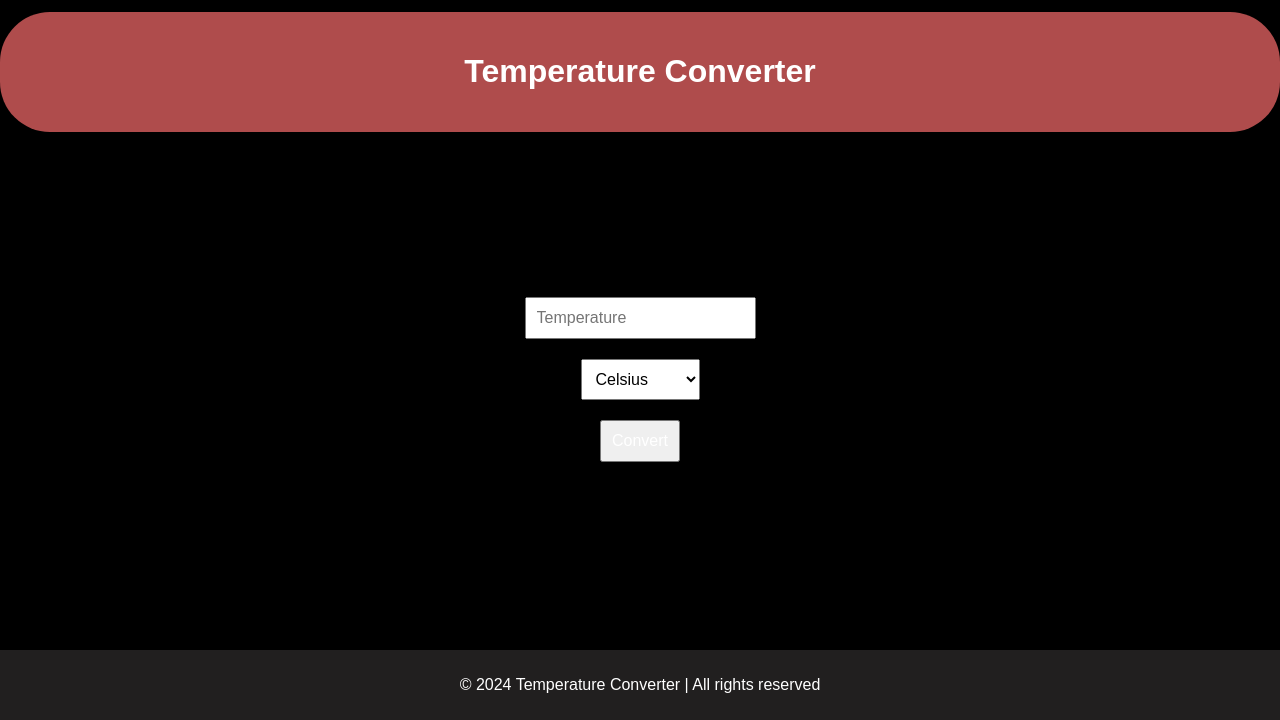
Repository: akhiranandan-04/Temperature-Converter
Page: index.html
An editor plug-in stored every save of this project. The page is shown before and after the next save, followed by the edit.
The browser window is 1280 px wide. The pictures show the whole page.

Above is the page before, as saved 2024-10-19 13:15:32.

After the next save:
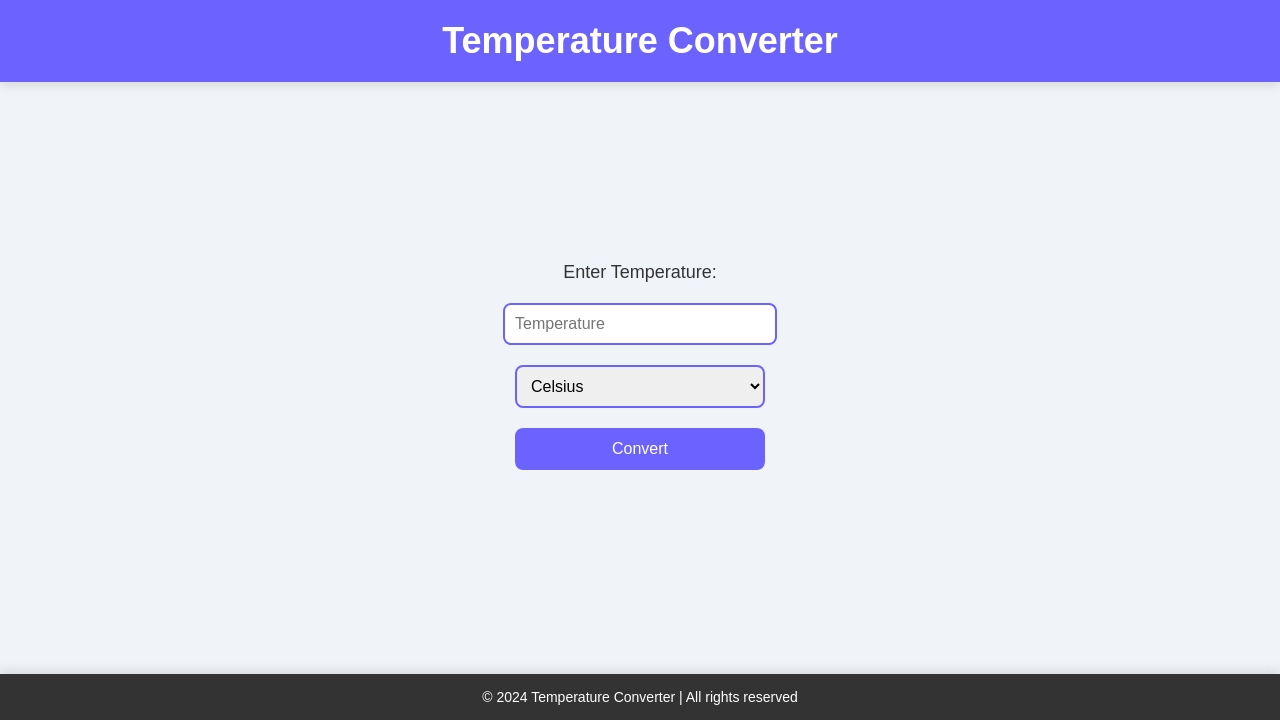
Saved 98 s later.
--- a/style.css
+++ b/style.css
@@ -1,49 +1,91 @@
+/* Global Styles */
 body {
-    font-family: Arial, sans-serif;
+    font-family: 'Poppins', sans-serif;
+    margin: 0;
+    padding: 0;
+    background-color: #f0f4f8;
     display: flex;
     flex-direction: column;
     justify-content: space-between;
     min-height: 100vh;
-    margin: 0;
-    background-color: black;
 }
 
+/* Header Styles */
 header {
+    background-color: #6c63ff;
+    color: white;
     text-align: center;
-    background-color: #af4c4c;
-    padding: 20px;
-    color: white;
-    border-radius: 50px;
-    margin-top: 12px;
+    padding: 20px 0;
+    box-shadow: 0 4px 10px rgba(0, 0, 0, 0.1);
 }
 
+header h1 {
+    font-size: 36px;
+    margin: 0;
+}
+
+/* Converter Styles */
 .converter {
     display: flex;
     flex-direction: column;
     align-items: center;
     justify-content: center;
     flex: 1;
-    background-color:black;
+    margin-top: 30px;
+}
+
+.converter label {
+    font-size: 18px;
+    margin-bottom: 10px;
+    color: #333;
 }
 
 .converter input, .converter select, .converter button {
+    width: 250px;
+    padding: 10px;
     margin: 10px;
-    padding: 10px;
+    border: 2px solid #6c63ff;
+    border-radius: 8px;
     font-size: 16px;
+    transition: all 0.3s ease;
+}
+
+.converter input:focus, .converter select:focus, .converter button:hover {
+    border-color: #473fff;
+    box-shadow: 0 0 8px rgba(108, 99, 255, 0.5);
+}
+
+.converter button {
+    background-color: #6c63ff;
+    color: white;
+    cursor: pointer;
+}
+
+.converter button:active {
+    background-color: #473fff;
 }
 
 .converter p {
-    font-size: 20px;
+    font-size: 24px;
+    color: #555;
+    margin-top: 20px;
     font-weight: bold;
+    text-shadow: 1px 1px 2px rgba(0, 0, 0, 0.1);
 }
 
+/* Footer Styles */
 footer {
     text-align: center;
-    padding: 10px;
-    background-color: rgb(33, 31, 31);
+    background-color: #333;
     color: white;
+    padding: 15px 0;
+    box-shadow: 0 -4px 10px rgba(0, 0, 0, 0.1);
+    position: relative;
+    bottom: 0;
+    width: 100%;
 }
 
-button{
-    color: white;
+footer p {
+    margin: 0;
+    font-size: 14px;
 }
